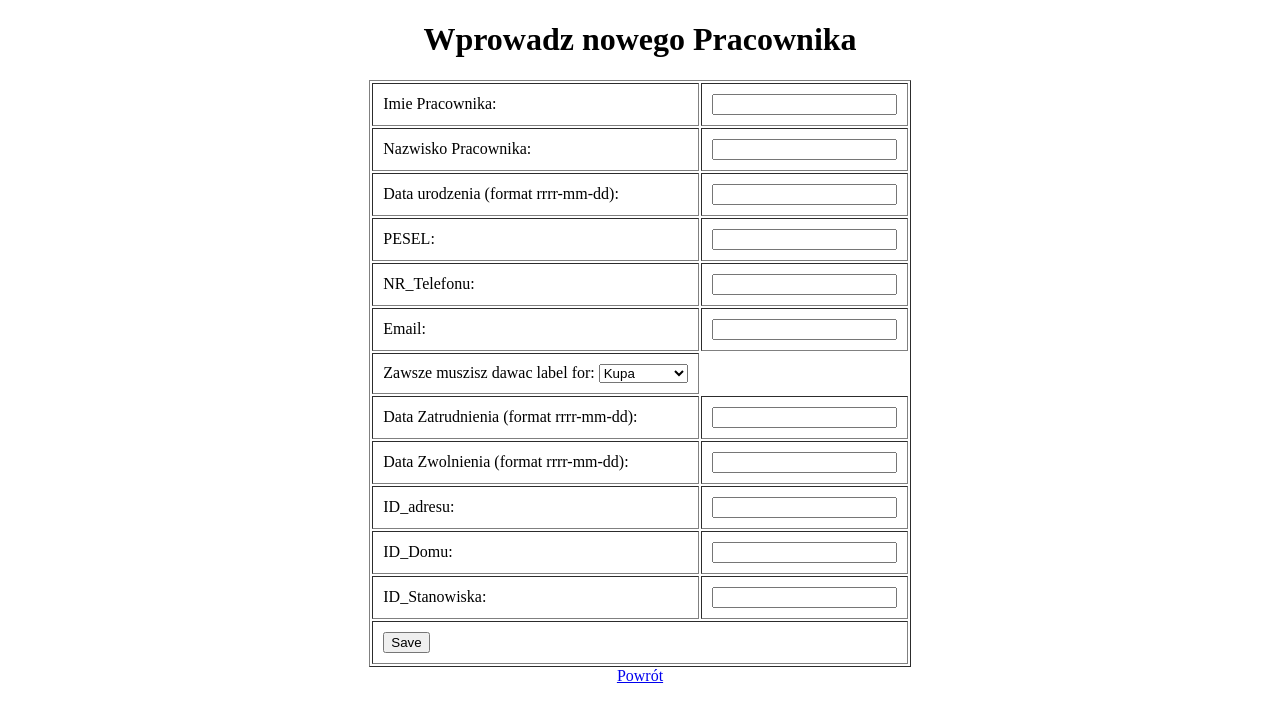
Repository: marcinRuta/houseOfCulture-crud-webapp-database
Page: http://localhost/new_pracownicy
An editor plug-in stored every save of this project. The page is shown before and after the next save, followed by the edit.
The browser window is 1280 px wide. The pictures show the whole page.
The page is this project's Thymeleaf template; nobody is signed in. The template is opened directly, without the code that normally fills it, so the values that code supplies are empty.

Above is the page before, as saved 2020-12-29 20:11:44.

### DomKultury/src/main/resources/templates/new_pracownicy.html
<!DOCTYPE html>
<html xmlns="http://www.w3.org/1999/xhtml"
	xmlns:th="http://www.thymeleaf.org">
<head>
<meta charset="UTF-8">
<title>Aplikacja do obsługi Domu Kultury</title>
</head>
<body>

	<div align="center">
		<!--  Page header  -->
		<h1>Wprowadz nowego Pracownika</h1>

		<form action="#" th:action="@{/saveP}" th:object="${NowyPracownik}"
			method="post">

			<!-- Table -->
			<table border="1" cellpadding="10">

				<!-- Table first row -->

				<tr>
					<td>Imie Pracownika:</td>
					<td><input type="text" th:field="*{Imie}"></td>
				</tr>

				<!-- Table 2nd row -->

				<tr>
					<td>Nazwisko Pracownika:</td>
					<td><input type="text" th:field="*{Nazwisko}"></td>
				</tr>

				<!-- Table 3rd row -->

				<tr>
					<td>Data urodzenia (format rrrr-mm-dd):</td>
					<td><input type="text" th:field="*{Data_urodzenia}"></td>
				</tr>

				<!-- Table 4th row -->

				<tr>
					<td>PESEL:</td>
					<td><input type="text" th:field="*{PESEL}"></td>
				</tr>

				<!-- Table 5th row -->

				<tr>
					<td>NR_Telefonu:</td>
					<td><input type="text" th:field="*{NR_Telefonu}"></td>
				</tr>

				<!-- Table 6th row -->

				<tr>
					<td>Email:</td>
					<td><input type="text" th:field="*{Email}"></td>
				</tr>

				<!-- Table 7th row -->

				<tr>
					<td><label for="tu_dla_jakiego_id">Zawsze muszisz
							dawac label for:</label> <select id="tu_dla_jakiego_id">
							<option value="Kupa">Kupa</option>
							<option value="Gowno">Gowno</option>
							<option value="Krowa">Krowa</option>
							<option value="Hamburger">Hamburger</option>
					</select></td>
				</tr>

				<!-- Table 8th row -->

				<tr>
					<td>Data Zatrudnienia (format rrrr-mm-dd):</td>
					<td><input type="text" th:field="*{Data_Zatrudnienia}"></td>
				</tr>

				<!-- Table 9th row -->

				<tr>
					<td>Data Zwolnienia (format rrrr-mm-dd):</td>
					<td><input type="text" th:field="*{Data_Zwolnienia}"></td>
				</tr>

				<!-- Table 10th row -->

				<tr>
					<td>ID_adresu:</td>
					<td><input type="text" th:field="*{ID_Adresu}"></td>
				</tr>

				<!-- Table 11th row -->

				<tr>
					<td>ID_Domu:</td>
					<td><input type="text" th:field="*{ID_Domu}"></td>
				</tr>

				<!-- Table 12th row -->

				<tr>
					<td>ID_Stanowiska:</td>
					<td><input type="text" th:field="*{ID_Stanowiska}"></td>
				</tr>


				<!-- Button save -->
				<tr>
					<td colspan="2"><button type="submit">Save</button></td>
				</tr>



			</table>
		</form>

		<!-- EXIT -->
		<a href="/P">Powrót</a>
	</div>
</body>
</html>

After the next save:
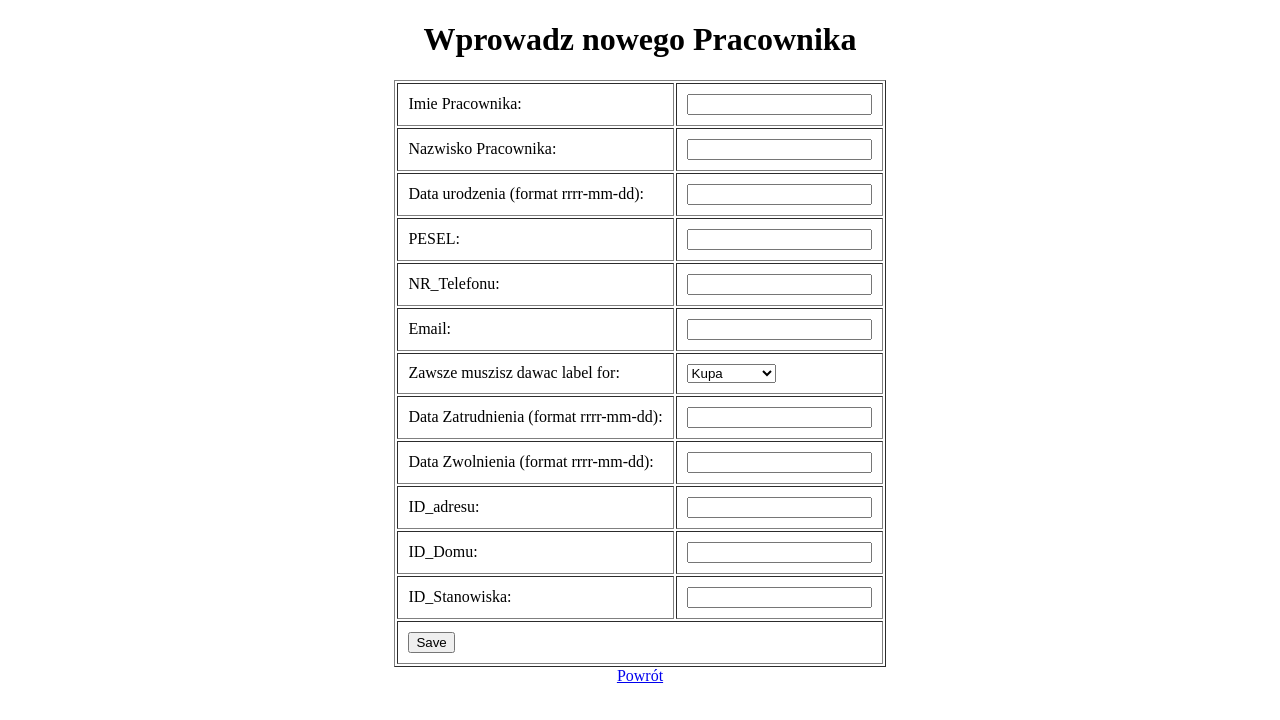
Saved 83 s later.
--- a/DomKultury/src/main/resources/templates/new_pracownicy.html
+++ b/DomKultury/src/main/resources/templates/new_pracownicy.html
@@ -63,12 +63,14 @@
 
 				<tr>
 					<td><label for="tu_dla_jakiego_id">Zawsze muszisz
-							dawac label for:</label> <select id="tu_dla_jakiego_id">
+							dawac label for:</label></td>
+					<td><select id="tu_dla_jakiego_id">
 							<option value="Kupa">Kupa</option>
 							<option value="Gowno">Gowno</option>
 							<option value="Krowa">Krowa</option>
-							<option value="Hamburger">Hamburger</option>
-					</select></td>
+							<option value="Hamburger">Hamburger</option></td>
+					</select>
+					</td>
 				</tr>
 
 				<!-- Table 8th row -->
